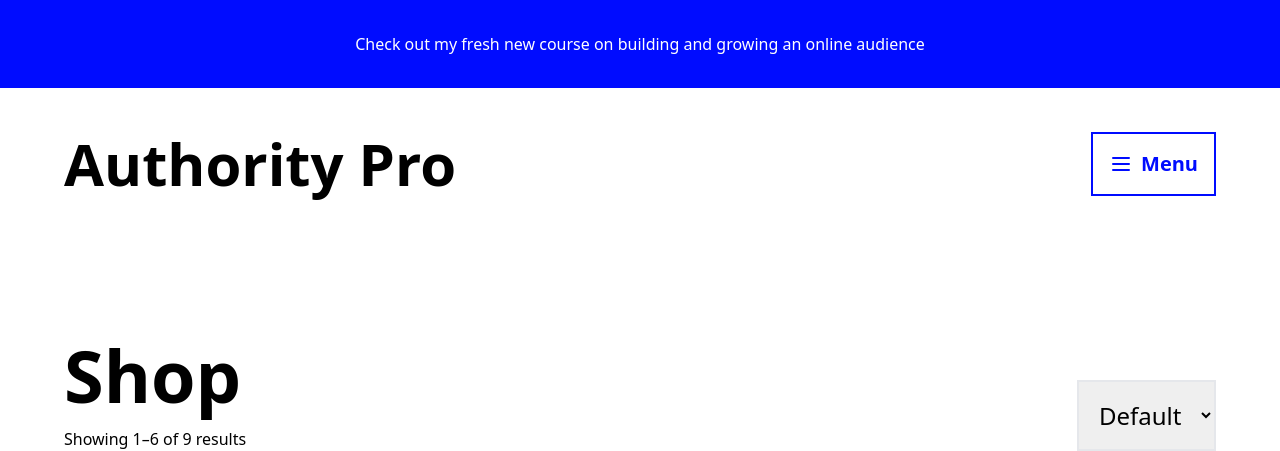
Repository: Quanndm03/web2022
Page: lab2/index2.html
The author's editor kept a copy of each file at every save. The page is drawn from the files as they stood at one save, then again after the next save.
The browser window is 1280 px wide. The pictures show the part of the page from y = 0 to 451 px (the page is 1847 px tall).
A picture or video elsewhere on the page could not be fetched, so the positions and the page height are approximate. Some web libraries are served in a nearby version.

Above is the page before, as saved 2022-06-16 10:25:40.

### lab2/index2.html
<!DOCTYPE html>
<html lang="en">
  <head>
    <meta charset="UTF-8" />
    <meta http-equiv="X-UA-Compatible" content="IE=edge" />
    <meta name="viewport" content="width=device-width, initial-scale=1.0" />
    <title>Document</title>
    <script src="https://cdn.tailwindcss.com"></script>
  </head>
  <body>
    <div class="bg-[#000CFF] text-center py-8">
      <p class="text-white">
        Check out my fresh new course on building and growing an online audience
      </p>
    </div>
    <div class="bg-white">
      <div class="max-w-6xl mx-auto">
        <div class="md:flex justify-between items-center py-8">
          <a class="text-[58px] font-bold" href="">Authority Pro</a>
          <button
            class="flex items-center border-2 border-[#000CFF] p-4 text-xl font-bold text-[#000CFF]"
          >
            <svg
              xmlns="http://www.w3.org/2000/svg"
              class="h-6 w-6 mr-2"
              fill="none"
              viewBox="0 0 24 24"
              stroke="currentColor"
              stroke-width="2"
            >
              <path
                stroke-linecap="round"
                stroke-linejoin="round"
                d="M4 6h16M4 12h16M4 18h16"
              />
            </svg>
            Menu
          </button>
        </div>
        <div class="md:flex justify-between items-end mb-5">
          <div>
            <h2 class="text-3xl md:text-7xl font-bold mb-4 mt-[100px]">
              Shop
            </h2>
            <p>Showing 1–6 of 9 results</p>
          </div>
          <select name="" id="" class="border-2 text-lg md:text-2xl p-4">
            <option value="">Default</option>
          </select>
        </div>
        <div class="grid grid-cols-1 gap-4 md:grid-cols-3 md:gap-8">
          <div
            class="column shadow transition ease-in-out duration-300 hover:shadow-xl hover:cursor-pointer group"
          >
            <div
              class="product-item bg-gray-100 flex items-center justify-center"
            >
              <img src="images/image 1.png" alt="" />
            </div>
            <div class="product-content p-5">
              <h3 class="mb-4">
                <a href="" class="text-lg md:text-3xl font-bold"
                  >Dipped Tripod Stool</a
                >
              </h3>
              <div class="product-price text-md md:text-2xl">
                <del>$49.95</del><span class="text-[#000CFF]"> $35.00</span>
              </div>
              <button
                class="mt-5 block w-full md:w-auto md:inline-block py-2 md:py-5 px-3 border-2 border-[#000CFF] font-bold text-[#000CFF] group-hover:bg-blue-600 group-hover:text-white"
              >
                Add to cart
              </button>
            </div>
          </div>
          <!--End .column-->
          <div
            class="column shadow transition ease-in-out duration-300 hover:shadow-xl group"
          >
            <div
              class="product-item bg-gray-100 flex items-center justify-center"
            >
              <img src="images/image 1 (1).png" alt="" />
            </div>
            <div class="product-content p-5">
              <h3 class="mb-4">
                <a href="" class="text-lg md:text-3xl font-bold"
                  >Index Card Catalog</a
                >
              </h3>
              <div class="product-price text-md md:text-2xl">
                <del>$49.95</del><span class="text-[#000CFF]"> $35.00</span>
              </div>
              <button
                class="mt-5 block w-full md:w-auto md:inline-block py-2 md:py-5 px-3 border-2 border-[#000CFF] font-bold text-[#000CFF] group-hover:bg-blue-600 group-hover:text-white"
              >
                Add to cart
              </button>
            </div>
          </div>
          <!--End .column-->
          <div
            class="column shadow transition ease-in-out duration-300 hover:shadow-xl group"
          >
            <div
              class="product-item bg-gray-100 flex items-center justify-center"
            >
              <img src="images/image 1 (2).png" alt="" />
            </div>
            <div class="product-content p-5">
              <h3 class="mb-4">
                <a href="" class="text-lg md:text-3xl font-bold"
                  >Never Settle Mug</a
                >
              </h3>
              <div class="product-price text-md md:text-2xl">
                <del>$49.95</del><span class="text-[#000CFF]"> $35.00</span>
              </div>
              <button
                class="mt-5 block w-full md:w-auto md:inline-block py-2 md:py-5 px-3 border-2 border-[#000CFF] font-bold text-[#000CFF] group-hover:bg-blue-600 group-hover:text-white"
              >
                Add to cart
              </button>
            </div>
          </div>
          <!--End .column-->
          <div
            class="column shadow transition ease-in-out duration-300 hover:shadow-xl group"
          >
            <div
              class="product-item bg-gray-100 flex items-center justify-center"
            >
              <img src="images/image 1 (3).png" alt="" />
            </div>
            <div class="product-content p-5">
              <h3 class="mb-4">
                <a href="" class="text-lg md:text-3xl font-bold"
                  >Dipped Tripod Stool</a
                >
              </h3>
              <div class="product-price text-md md:text-2xl">
                <del>$49.95</del><span class="text-[#000CFF]"> $35.00</span>
              </div>
              <button
                class="mt-5 block w-full md:w-auto md:inline-block py-2 md:py-5 px-3 border-2 border-[#000CFF] font-bold text-[#000CFF] group-hover:bg-blue-600 group-hover:text-white"
              >
                Add to cart
              </button>
            </div>
          </div>
          <!--End .column-->
          <div
            class="column shadow transition ease-in-out duration-300 hover:shadow-xl group"
          >
            <div
              class="product-item bg-gray-100 flex items-center justify-center"
            >
              <img src="images/image 1 (4).png" alt="" />
            </div>
            <div class="product-content p-5">
              <h3 class="mb-4">
                <a href="" class="text-lg md:text-3xl font-bold"
                  >Dipped Tripod Stool</a
                >
              </h3>
              <div class="product-price text-md md:text-2xl">
                <del>$49.95</del><span class="text-[#000CFF]"> $35.00</span>
              </div>
              <button
                class="mt-5 block w-full md:w-auto md:inline-block py-2 md:py-5 px-3 border-2 border-[#000CFF] font-bold text-[#000CFF] group-hover:bg-blue-600 group-hover:text-white"
              >
                Add to cart
              </button>
            </div>
          </div>
          <!--End .column-->
          <div
            class="column shadow transition ease-in-out duration-300 hover:shadow-xl group"
          >
            <div
              class="product-item bg-gray-100 flex items-center justify-center"
            >
              <img src="images/image 1 (5).png" alt="" />
            </div>
            <div class="product-content p-5">
              <h3 class="mb-4">
                <a href="" class="text-lg md:text-3xl font-bold"
                  >Dipped Tripod Stool</a
                >
              </h3>
              <div class="product-price text-md md:text-2xl">
                <del>$49.95</del><span class="text-[#000CFF]"> $35.00</span>
              </div>
              <button
                class="mt-5 block w-full md:w-auto md:inline-block py-2 md:py-5 px-3 border-2 border-[#000CFF] font-bold text-[#000CFF] group-hover:bg-blue-600 group-hover:text-white"
              >
                Add to cart
              </button>
            </div>
          </div>
          <!--End .column-->
        </div>
      </div>
    </div>
    <div class="bg-gray-100 py-10">
      <div class="max-w-6xl mx-auto text-center">
        <h2 class="text-3xl md:text-6xl font-bold text-[#000CFF]">
          Ready to take your next step?
        </h2>
        <p class="my-5">
            Grow your audience and build a profitable online business.
        </p>
        <a
          href=""
          class="inline-block px-5 py-3 border-4 text-2xl border-[#000CFF] text-[#000CFF] font-bold mr-2"
          >Learn More</a
        >
        <a
          href=""
          class="inline-block px-5 py-3 border-4 text-2xl border-[#000CFF] text-white font-bold bg-[#000CFF]"
          >Get Started Today</a
        >
      </div>
    </div>
    <div class="bg-white py-5">
      <div class="max-w-6xl mx-auto">
        <div class="md:flex justify-center space-x-10">
          <a href="">FACEBOOK</a>
          <a href="">TWITTER</a>
          <a href="">INSTAGRAM</a>
          <a href="">LINKEDIN</a>
          <a href="">DRIBBBLE</a>
        </div>
        <p class="text-center mt-5">
            Copyright © 2020  · WordPress · Log in
        </p>
      </div>
    </div>
  </body>
</html>

After the next save:
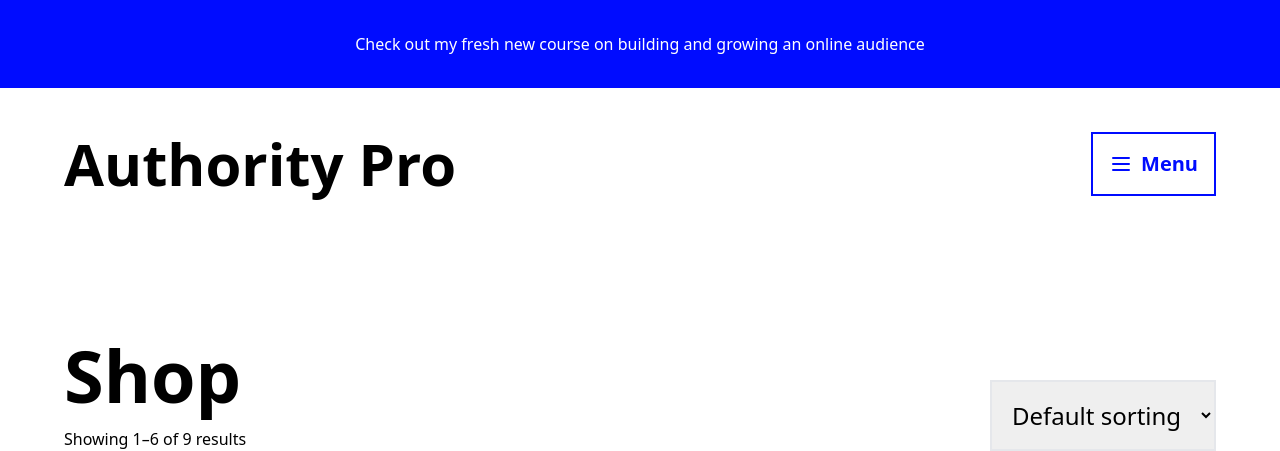
Saved 27 s later.
--- a/lab2/index2.html
+++ b/lab2/index2.html
@@ -45,7 +45,7 @@
             <p>Showing 1–6 of 9 results</p>
           </div>
           <select name="" id="" class="border-2 text-lg md:text-2xl p-4">
-            <option value="">Default</option>
+            <option value="">Default sorting</option>
           </select>
         </div>
         <div class="grid grid-cols-1 gap-4 md:grid-cols-3 md:gap-8">
